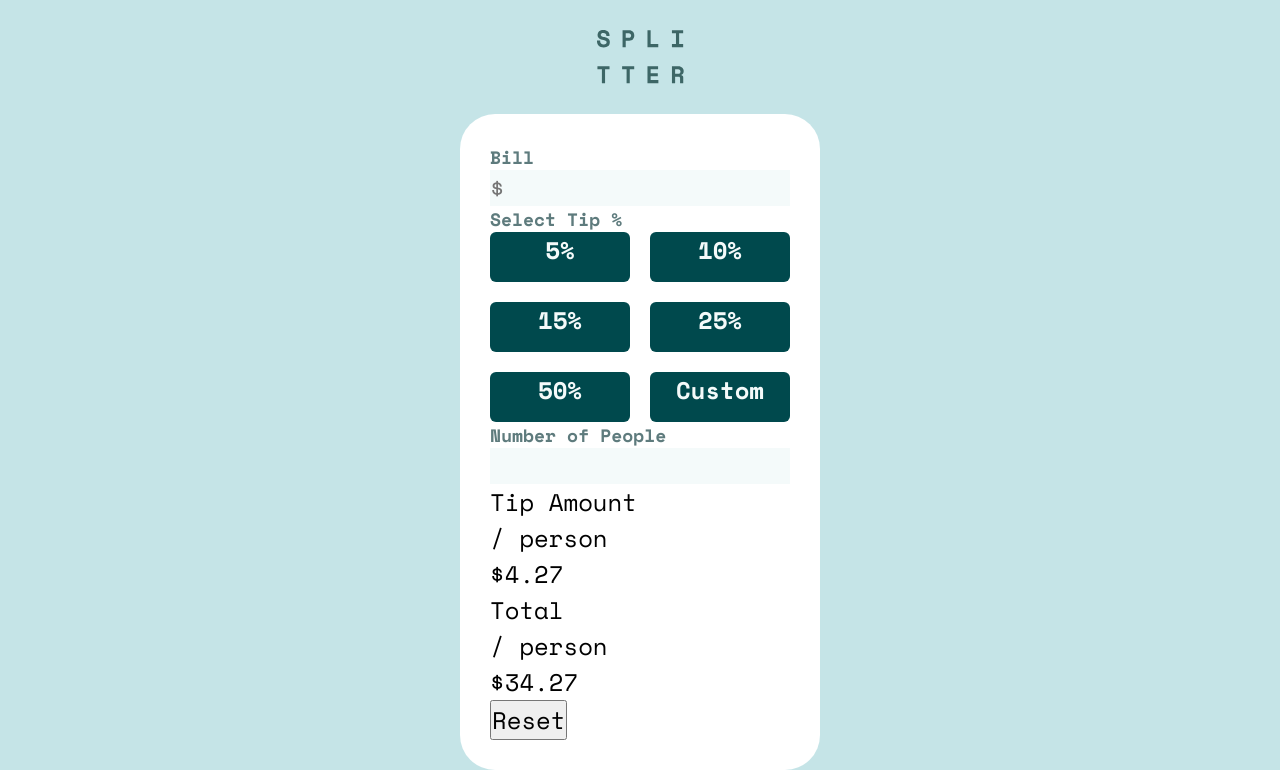
Repository: tomas938/tipcalculator
Page: /
The author's editor kept a copy of each file at every save. The page is drawn from the files as they stood at one save, then again after the next save.
The browser window is 1280 px wide. The pictures show the whole page.
The project was rebuilt for these pictures with package versions that can differ from the ones it lists, and the page was loaded fresh each time.

Above is the page before, as saved 2021-08-03 22:24:03.

### src/App.vue
<template>
	<router-view />
</template>

<style lang="scss">
@import url("https://fonts.googleapis.com/css2?family=Space+Mono:wght@400;700&display=swap");
$strong-cyan: hsl(172, 67%, 45%);
$dark-cyan: hsl(186, 14%, 43%);
$grayish-cyan: hsl(184, 14%, 43%);
$lower-grayish-cyan: hsl(184, 14%, 56%);
$light-grayish-cyan: hsl(185, 41%, 84%);
$lighter-grayish-cyan: hsl(189, 41%, 97%);
$white: hsl(0, 0%, 100%);
* {
	margin: 0;
	padding: 0;
	box-sizing: border-box;
	font-family: "Space Mono", monospace;
	font-size: 24px;
}
body {
	background-color: hsl(185, 41%, 84%);
}
</style>

### src/views/Home.vue
<template>
	<div class="logo">
		<splitter></splitter>
	</div>
</template>

<script>
import Splitter from "../components/Splitter.vue";
export default {
	name: "Home",
	components: {
		Splitter,
	},
};
</script>
<style lang="scss" scoped></style>

### src/components/Splitter.vue
<template>
	<div class="splitter">
		<svg xmlns="http://www.w3.org/2000/svg" width="87" height="54">
			<path
				fill="#3D6666"
				d="M6.72 17.472c.944 0 1.792-.12 2.544-.36s1.392-.584 1.92-1.032a4.476 4.476 0 001.212-1.62c.28-.632.42-1.34.42-2.124v-.288c0-1.472-.464-2.584-1.392-3.336-.928-.752-2.272-1.288-4.032-1.608a14.615 14.615 0 01-1.74-.408c-.456-.144-.824-.308-1.104-.492-.28-.184-.476-.392-.588-.624a1.771 1.771 0 01-.168-.78c0-.56.232-1.004.696-1.332.464-.328 1.096-.492 1.896-.492.944 0 1.676.248 2.196.744.52.496.78 1.08.78 1.752v.576h3.168v-.864a5 5 0 00-.396-1.968 4.762 4.762 0 00-1.176-1.656C10.436 1.08 9.792.7 9.024.42 8.256.14 7.376 0 6.384 0c-.88 0-1.676.12-2.388.36s-1.32.576-1.824 1.008c-.504.432-.896.94-1.176 1.524-.28.584-.42 1.22-.42 1.908v.144c0 .832.144 1.536.432 2.112a3.978 3.978 0 001.212 1.44c.52.384 1.132.692 1.836.924.704.232 1.48.42 2.328.564.64.112 1.168.248 1.584.408.416.16.744.34.984.54s.408.424.504.672c.096.248.144.508.144.78 0 .576-.232 1.072-.696 1.488-.464.416-1.176.624-2.136.624-1.232 0-2.14-.3-2.724-.9-.584-.6-.876-1.404-.876-2.412v-.576H0v.72c0 .88.144 1.692.432 2.436a5.47 5.47 0 001.272 1.944c.56.552 1.26.984 2.1 1.296.84.312 1.812.468 2.916.468zm22-.336V10.8h3.408c.864 0 1.616-.144 2.256-.432a4.707 4.707 0 001.596-1.14 4.833 4.833 0 00.96-1.608c.216-.6.324-1.212.324-1.836v-.576c0-.608-.108-1.204-.324-1.788a4.625 4.625 0 00-.96-1.56A4.737 4.737 0 0034.384.756c-.64-.28-1.392-.42-2.256-.42h-6.576v16.8h3.168zm3.096-9.36H28.72V3.36h3.096c.704 0 1.26.192 1.668.576.408.384.612.88.612 1.488v.288c0 .608-.204 1.104-.612 1.488-.408.384-.964.576-1.668.576zm29.464 9.36v-3.024h-7.632V.336H50.48v16.8h10.8zm24.88 0v-3.024h-4.032V3.36h4.032V.336H74.928V3.36h4.032v10.752h-4.032v3.024H86.16zm-78.096 36V39.36h4.464v-3.024H.432v3.024h4.464v13.776h3.168zm24.688 0V39.36h4.464v-3.024H25.12v3.024h4.464v13.776h3.168zm28.624 0v-3.024h-7.728v-3.888H60.8V43.2h-7.152v-3.84h7.44v-3.024H50.48v16.8h10.896zm16.744 0V46.8h3.648c.464 0 .796.12.996.36.2.24.3.552.3.936v5.04h3.168v-5.808c0-.56-.164-1.024-.492-1.392-.328-.368-.772-.584-1.332-.648v-.432c.768-.32 1.336-.78 1.704-1.38a3.63 3.63 0 00.552-1.932v-.576c0-.64-.116-1.24-.348-1.8a4.332 4.332 0 00-1.008-1.476c-.44-.424-.988-.756-1.644-.996-.656-.24-1.416-.36-2.28-.36h-6.432v16.8h3.168zm3.024-9.36H78.12V39.36h3.024c.768 0 1.352.204 1.752.612.4.408.6.892.6 1.452v.288c0 .656-.2 1.164-.6 1.524-.4.36-.984.54-1.752.54z"
			/>
		</svg>
		<div class="calculator">
			<h3>Bill</h3>
			<input type="text" placeholder="$" />
			<h3>Select Tip %</h3>
			<div class="calculator__grid">
				<div class="calculator__grid__item item-1"><p>5%</p></div>
				<div class="calculator__grid__item item-2"><p>10%</p></div>
				<div class="calculator__grid__item item-3"><p>15%</p></div>
				<div class="calculator__grid__item item-4"><p>25%</p></div>
				<div class="calculator__grid__item item-5"><p>50%</p></div>
				<div class="calculator__grid__item item-6"><p>Custom</p></div>
			</div>
			<h3>Number of People</h3>
			<input type="text" />
			<div class="calculator__result">
				<div class="result">
					<div class="information">
						<p>Tip Amount</p>
						<span>/ person</span>
					</div>
					<div class="price">
						<p>$4.27</p>
					</div>
				</div>
				<div class="result">
					<div class="information">
						<p>Total</p>
						<span>/ person</span>
					</div>
					<div class="price">
						<p>$34.27</p>
					</div>
				</div>
				<div class="result"></div>
				<button>Reset</button>
			</div>
		</div>
	</div>
</template>

<script>
export default {};
</script>

<style lang="scss" scoped>
.splitter {
	display: flex;
	flex-direction: column;
	align-items: center;
}
svg {
	margin: 30px 0;
}
.calculator {
	background-color: hsl(0, 0%, 100%);
	padding: 30px;
	border-radius: 35px;
	&__grid {
		display: grid;
		grid-gap: 20px;
		grid-template-columns: repeat(2, 1fr);
		grid-template-rows: repeat(3, 1fr);
		text-align: center;
		color: hsl(189, 41%, 97%);
		font-weight: 700;
		p {
			height: 100%;
			margin: auto;
			text-align: center;
		}
	}
	&__grid__item {
		width: 100%;
		height: 50px;
		margin: auto;
		border-radius: 6px;
		background-color: hsl(183, 100%, 15%);
	}
}
input {
	border: none;
	outline: none;
	background-color: hsl(189, 41%, 97%);
}
h3 {
	font-size: 18px;
	color: hsl(184, 14%, 43%);
	font-weight: 700;
}
</style>

Loaded but not shown: public/index.html (common file); src/main.js (common file); src/router/index.js (common file)

After the next save:
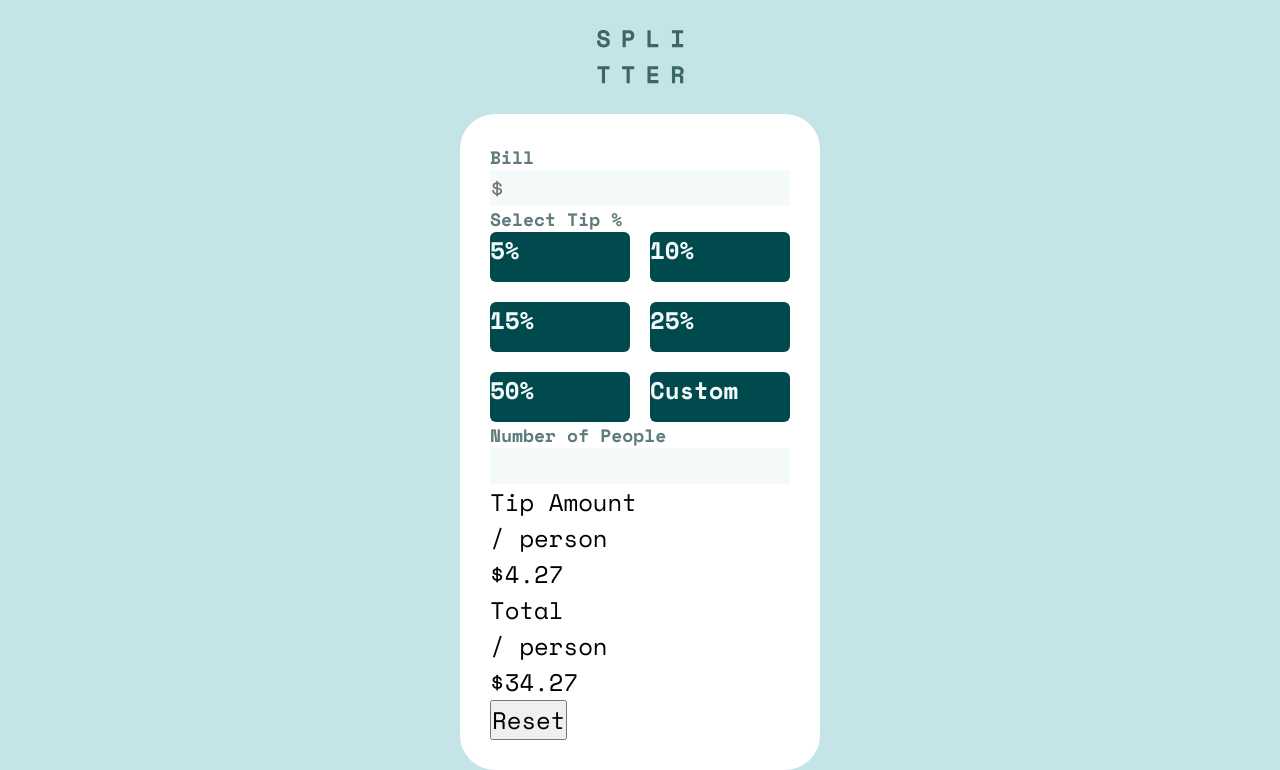
Saved 4 s later.
--- a/src/components/Splitter.vue
+++ b/src/components/Splitter.vue
@@ -68,13 +68,11 @@ svg {
 		grid-gap: 20px;
 		grid-template-columns: repeat(2, 1fr);
 		grid-template-rows: repeat(3, 1fr);
-		text-align: center;
 		color: hsl(189, 41%, 97%);
 		font-weight: 700;
 		p {
 			height: 100%;
 			margin: auto;
-			text-align: center;
 		}
 	}
 	&__grid__item {
